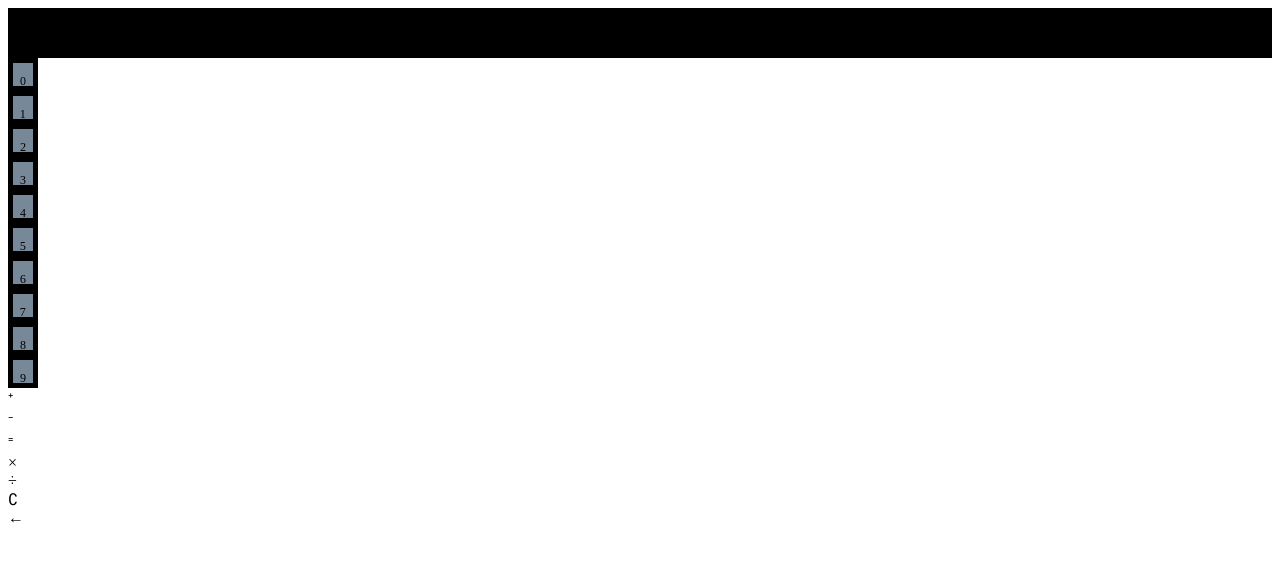
Repository: TEazy2433/LAB-calculator
Page: index.html
An editor plug-in stored every save of this project. The page is shown before and after the next save, followed by the edit.
The browser window is 1280 px wide. The pictures show the whole page.

Above is the page before, as saved 2023-10-12 20:59:32.

### index.html
<!DOCTYPE html>
<html lang="en">
<head>
  <meta charset="UTF-8">
  <meta name="viewport" content="width=device-width, initial-scale=1.0">
  <title>calculator</title>
  <link rel="stylesheet" href="main.css">
</head>
<body>
  <div class="container"></div>
    <div class="display"></div>
    <div class="buttons"></div>
      <div class="numbers"></div>
        <div class="number">&#8320;</div>
        <div class="number">&#8321;</div>
        <div class="number">&#8322;</div>
        <div class="number">&#8323;</div>
        <div class="number">&#8324;</div>
        <div class="number">&#8325;</div>
        <div class="number">&#8326;</div>
        <div class="number">&#8327;</div>
        <div class="number">&#8328;</div>
        <div class="number">&#8329;</div>
        <div class="operator">&#8314;</div>
        <div class="operator">&#8315;</div>
        <div class="operator">&#8316;</div>
        <div class="operator">&#215;</div>
        <div class="operator">&#247;</div>
        <div class="clear">&#8705;</div>
        <div class="arrow">&#8592;</div>
    </div>
  </div>
</body>
</html>

### main.css
.container{
  background-color: white;
  width: 500%;
  margin: auto;
}

.container{
  width: 100%;
  background-color: black;
  height: 50px;
  font-size: 48px;
  display: flex;
  justify-content: flex-end;
}
.number{
  font-size: 20px;
  width: 20px;
  border: solid black 5px;
  background-color: lightslategrey;
  text-align: center;
}

After the next save:
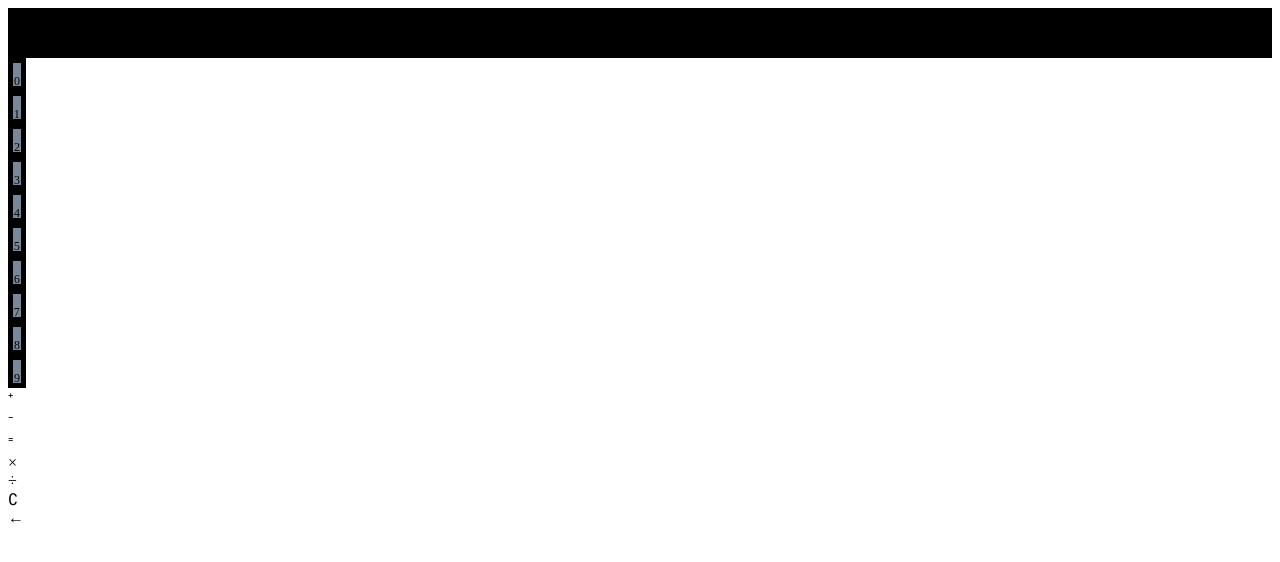
Saved 17 s later.
--- a/main.css
+++ b/main.css
@@ -14,7 +14,7 @@
 }
 .number{
   font-size: 20px;
-  width: 20px;
+  width: 8px;
   border: solid black 5px;
   background-color: lightslategrey;
   text-align: center;

After the save that followed:
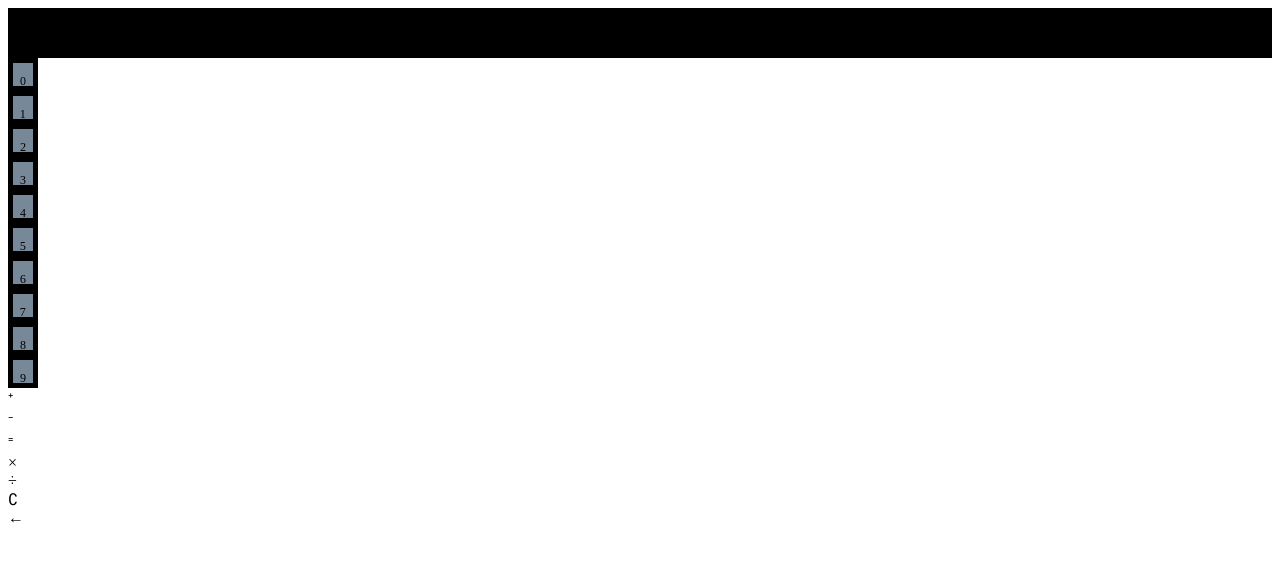
Saved 7 s later.
--- a/main.css
+++ b/main.css
@@ -14,7 +14,7 @@
 }
 .number{
   font-size: 20px;
-  width: 8px;
+  width: 20px;
   border: solid black 5px;
   background-color: lightslategrey;
   text-align: center;
